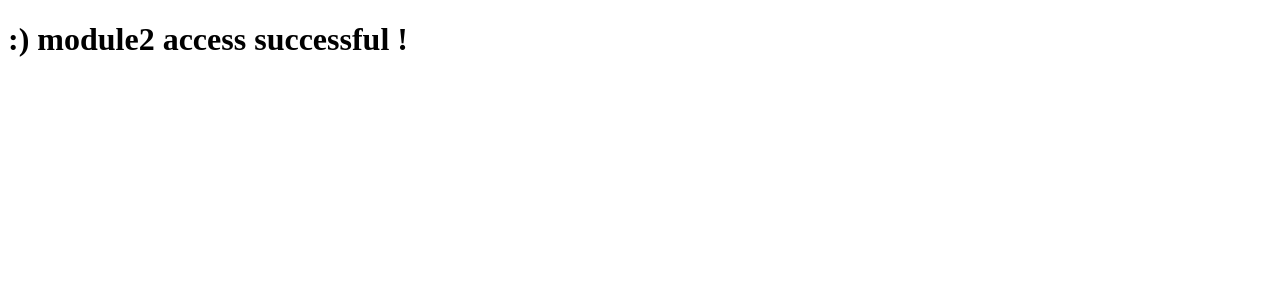
Repository: gao2951713/UsefulCompant
Page: http://localhost/subProject0002/src/META-INF/resources/view/project002/module2.jsp
The author's editor kept a copy of each file at every save. The page is drawn from the files as they stood at one save, then again after the next save.
The browser window is 1280 px wide. The pictures show the whole page.
The page is served by Tomcat 9.

Above is the page before, as saved 2015-05-11 16:27:53.

After the next save:
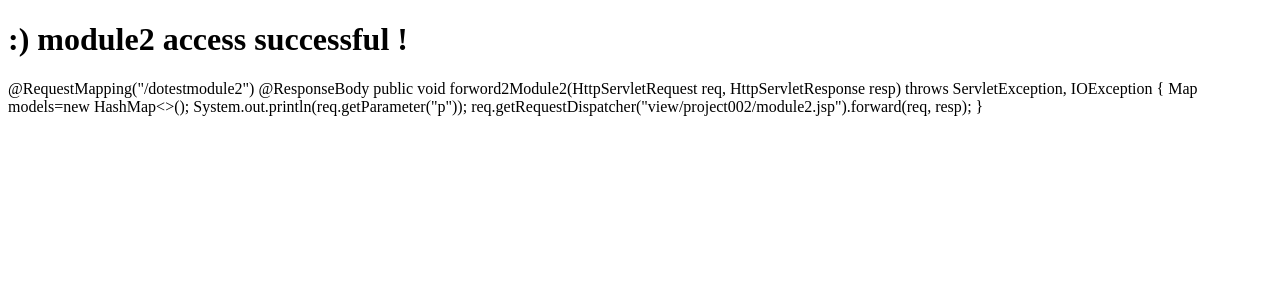
Saved 2 min 24 s later.
--- a/subProject0002/src/META-INF/resources/view/project002/module2.jsp
+++ b/subProject0002/src/META-INF/resources/view/project002/module2.jsp
@@ -6,5 +6,13 @@
 	</head>
 	<body>
 	<h1> :) module2 access successful !</h1>
+	<p>@RequestMapping("/dotestmodule2")
+	@ResponseBody
+	public void forword2Module2(HttpServletRequest req, HttpServletResponse resp)
+			throws ServletException, IOException {
+		Map models=new HashMap<>();
+		System.out.println(req.getParameter("p"));
+		 req.getRequestDispatcher("view/project002/module2.jsp").forward(req, resp);
+	}</p>
 	</body>
 </html>
